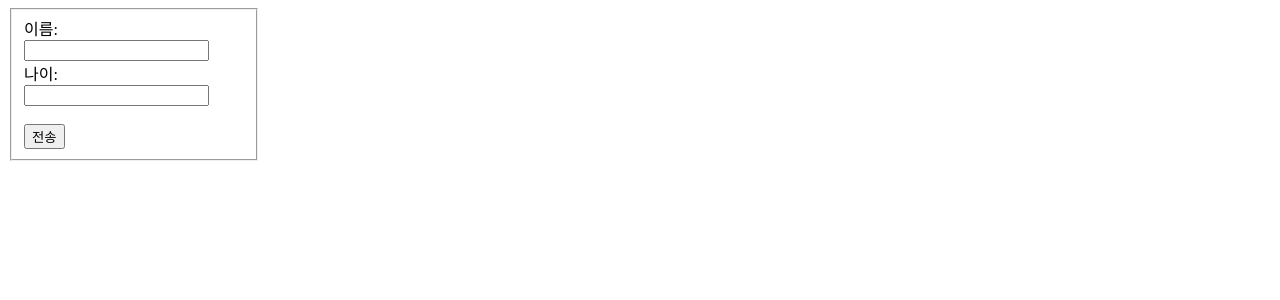
Repository: jihoonys82/weblec
Page: Front/WebContent/Ex01_HTML_tag/tagEx_08.html
These files come from the project's save history. The page is drawn as it stood at one moment and after the next save; the edit follows.
The browser window is 1280 px wide. The pictures show the whole page.

Above is the page before, as saved 2018-07-24 06:53:17.

### Front/WebContent/Ex01_HTML_tag/tagEx_08.html
<!DOCTYPE html>
<html>
<head>
<meta charset="UTF-8">
<title>Insert title here</title>

<style type="text/css"> /* stylesheet, CSS */
</style>

</head>
<body>

<div>

<form action="#" method="get">
	<fieldset style="width: 220px">
		<!-- 전송할 데이터 작성 -->
		이름: <input type="text" name="name" /><br>
		나이: <input type="text" name="age" /><br><br>

		<input type="submit" value="전송" />
	</fieldset>
</form>

</div>

</body>
</html>

After the next save:
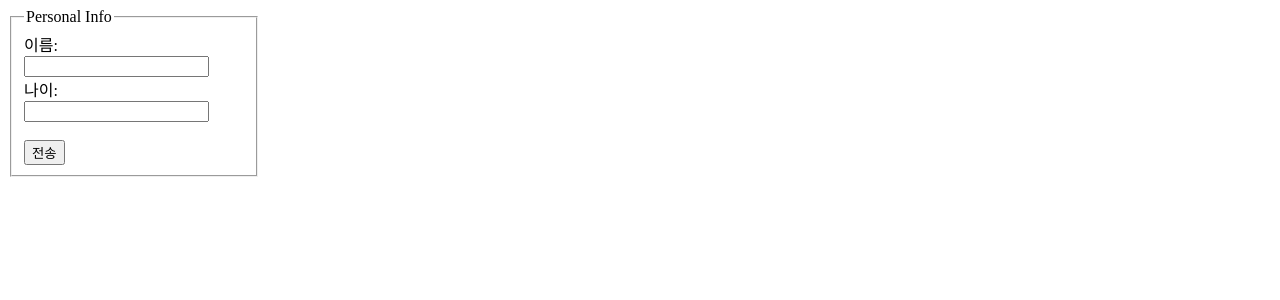
Saved 74 s later.
--- a/Front/WebContent/Ex01_HTML_tag/tagEx_08.html
+++ b/Front/WebContent/Ex01_HTML_tag/tagEx_08.html
@@ -14,6 +14,7 @@
 
 <form action="#" method="get">
 	<fieldset style="width: 220px">
+	<legend>Personal Info</legend>
 		<!-- 전송할 데이터 작성 -->
 		이름: <input type="text" name="name" /><br>
 		나이: <input type="text" name="age" /><br><br>
